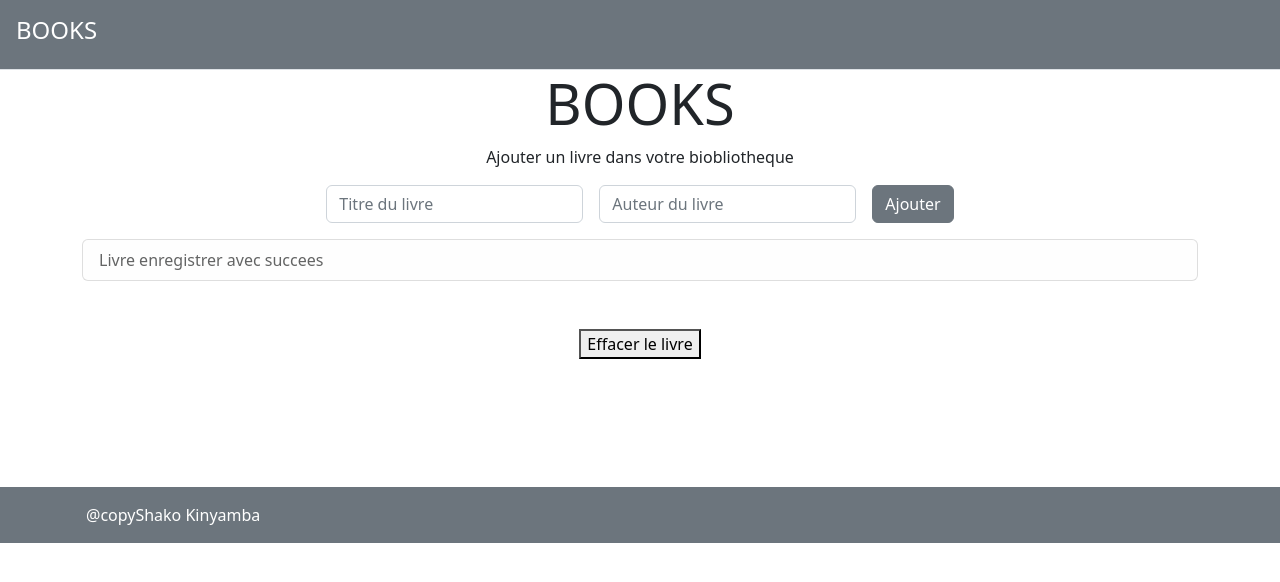
Repository: SKB-TECH/Books
Page: /
An editor plug-in stored every save of this project. The page is shown before and after a run of saves, followed by the edit.
The browser window is 1280 px wide. The pictures show the whole page.
The project was rebuilt for these pictures with package versions that can differ from the ones it lists, and the page was loaded fresh each time. Also part of the build but not shown: vite.config.js.

Above is the page before, as saved 2022-11-09 16:17:15.

After the next 3 saves:
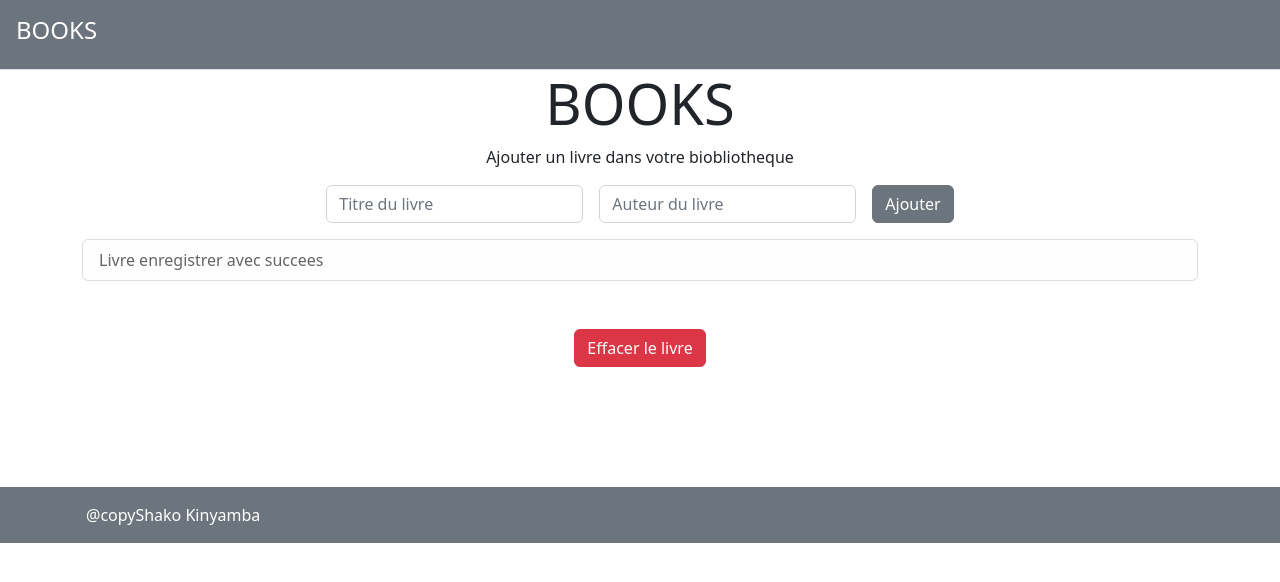
The 3 saves are shown as one change because they came seconds apart.
The last was saved 67 s later.
--- a/src/Containers/AddBooks.jsx
+++ b/src/Containers/AddBooks.jsx
@@ -37,7 +37,7 @@ const AddBooks = () => {
                     </div>
 
                     <div className='d-flex justify-content-center'>
-                        <button className='mt-5'>Effacer le livre</button>
+                        <button className='btn btn-danger mt-5'>Effacer le livre</button>
                     </div>
                 </div>
             </div>
